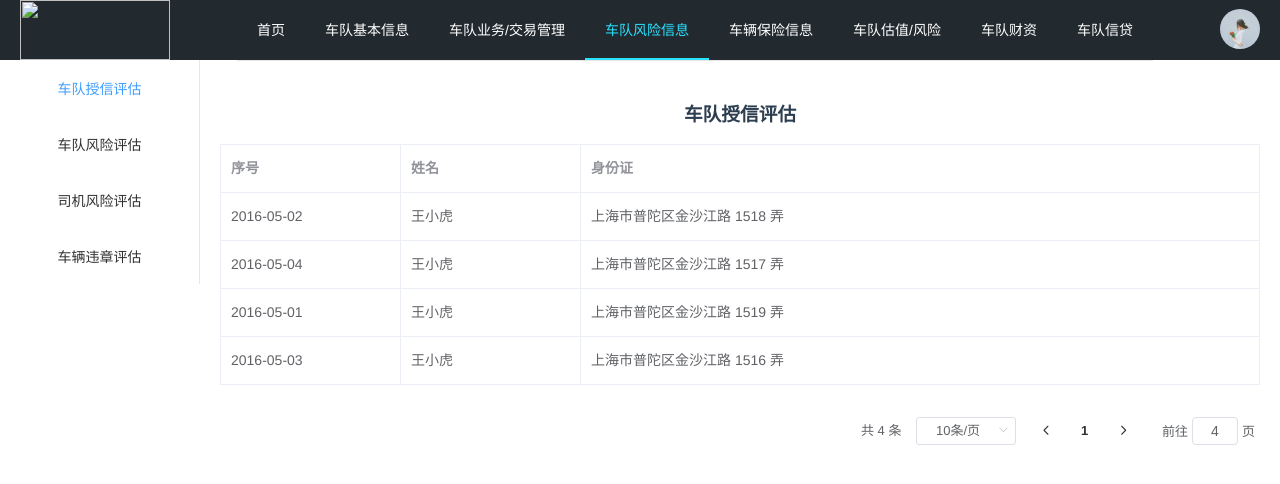
Repository: TheWomanLiketheWind/woodpecker
Page: /
An editor plug-in stored every save of this project. The page is shown before and after the next save, followed by the edit.
The browser window is 1280 px wide. The pictures show the whole page.
The project was rebuilt for these pictures with package versions that can differ from the ones it lists, and the page was loaded fresh each time. Also part of the build but not shown: src/views/menuThird.vue.

Above is the page before, as saved 2019-07-25 20:49:30.

### public/index.html
<!DOCTYPE html>
<html lang="en">
  <head>
    <meta charset="utf-8">
    <meta http-equiv="X-UA-Compatible" content="IE=edge">
    <meta name="viewport" content="width=device-width,initial-scale=1.0">
    <link rel="icon" href="<%= BASE_URL %>favicon.ico">
    <title>woodpecker</title>
  </head>
  <body>
    <noscript>
      <strong>We're sorry but woodpecker doesn't work properly without JavaScript enabled. Please enable it to continue.</strong>
    </noscript>
    <div id="app"></div>
    <!-- built files will be auto injected -->
  </body>
</html>

### src/App.vue
<template>
  <div id="app">
    <router-view />
  </div>
</template>

<style lang="scss">
#app {
  font-family: "Avenir", Helvetica, Arial, sans-serif;
  -webkit-font-smoothing: antialiased;
  -moz-osx-font-smoothing: grayscale;
  text-align: center;
  color: #2c3e50;
  .el-header {
    display: flex;
    justify-content: space-between;
    align-items: center;
  }
}
#nav {
  padding: 30px;
  a {
    font-weight: bold;
    color: #2c3e50;
    &.router-link-exact-active {
      color: #42b983;
    }
  }
}
body {
  margin: 0;
}
</style>

### src/router.ts
import Vue from 'vue'
import Router from 'vue-router'
import Home from './views/Home.vue'
Vue.use(Router)

export default new Router({
  mode: 'history',
  base: process.env.BASE_URL,
  routes: [
    {
      path: '/',
      name: 'home',
      component: Home,
      children: [
        {
          path: '/',
          name: 'menuSecond',
          children: [
            {
              path: '/',
              name: 'menuThird',
              component: () =>
                import(/* webpackChunkName: "about" */ './views/menuThird.vue')
            }
          ],
          component: () =>
            import(/* webpackChunkName: "about" */ './views/menuSecond.vue')
        }
      ]
    }
  ]
})

### src/views/Home.vue
<template>
  <el-container>
    <el-header class="headerAll">
      <img src=""
           class="headImage">
      <el-menu :default-active="activeIndex"
               class="el-menu-demo"
               mode="horizontal"
               background-color="#222a30"
               text-color="#fff"
               active-text-color="#29e2fe"
               @select="handleSelect">
        <el-menu-item v-for="(item, index) in menuList"
                      :key="index"
                      :index="item.index"
                      v-on:listenToChildEvent="menuClick">{{item.name}}</el-menu-item>
      </el-menu>

      <el-dropdown>
        <img src="../assets/headImage.jpg"
             class="drophead" />
        <el-dropdown-menu slot="dropdown">
          <el-dropdown-item>个人信息</el-dropdown-item>
          <el-dropdown-item>退出</el-dropdown-item>
        </el-dropdown-menu>
      </el-dropdown>
    </el-header>
    <!-- <router-link to="/menuSecond">点击跳转</router-link> -->
    <router-view />
  </el-container>
</template>

<script lang="ts">
import { Component, Vue } from "vue-property-decorator";

@Component({
  components: {}
})
export default class Home extends Vue {
  data() {
    return {
      activeIndex: "4",
      menuList: [
        {
          name: "首页",
          index: "1",
          link: ""
        },
        {
          name: "车队基本信息",
          index: "2",
          link: ""
        },
        {
          name: "车队业务/交易管理",
          index: "3",
          link: ""
        },
        {
          name: "车队风险信息",
          index: "4",
          link: ""
        },
        {
          name: "车辆保险信息",
          index: "5",
          link: ""
        },
        {
          name: "车队估值/风险",
          index: "6",
          link: ""
        },
        {
          name: "车队财资",
          index: "7",
          link: ""
        },
        {
          name: "车队信贷",
          index: "8",
          link: ""
        }
      ]
    };
  }

  private handleSelect(key: any, keyPath: any) {
    console.log(key, keyPath);
  }

  menuClick(data: any) {
    this.$router.push(data);
  }
}
</script>

<style lang="scss">
.headerAll {
  background: #222a30;
  .headImage {
    width: 150px;
    height: 100%;
    border: 0;
  }
  .drophead {
    width: 40px;
    height: 40px;
    border-radius: 50%;
  }
}
</style>

### src/views/menuSecond.vue
<template>
  <el-container>

    <el-aside width="200px">
      <el-menu :default-active="defaultActive"
               class="el-menu-vertical-demo"
               @select="handleSelect">
        <el-menu-item v-for="(item, index) in filesList.navigeList"
                      :key="index"
                      :index="item.index">
          <span slot="title">{{item.name}}</span>
        </el-menu-item>
      </el-menu>
    </el-aside>
    <el-main>
      <h3>{{filesList.navigeList[this.selectIndex].name}}</h3>
      <el-table :data="tableData"
                border
                style="width: 100%">
        <el-table-column prop="date"
                         label="序号"
                         width="180" />
        <el-table-column prop="name"
                         label="姓名"
                         width="180" />
        <el-table-column prop="address"
                         label="身份证" />
      </el-table>
      <el-pagination @size-change="handleSizeChange"
                     @current-change="handleCurrentChange"
                     :current-page="currentPage4"
                     :page-sizes="[10, 20, 50, 100]"
                     :page-size="10"
                     layout="total, sizes, prev, pager, next, jumper"
                     :total="tableData.length">
      </el-pagination>
    </el-main>
  </el-container>

</template>

<script lang="ts">
import Vue from "vue";
import files from "../jsonFile";

export default Vue.extend({
  data() {
    return {
      filesList: files,
      selectIndex: 0,
      defaultActive: "1",
      currentPage4: 4,
      tableData: [
        {
          date: "2016-05-02",
          name: "王小虎",
          address: "上海市普陀区金沙江路 1518 弄"
        },
        {
          date: "2016-05-04",
          name: "王小虎",
          address: "上海市普陀区金沙江路 1517 弄"
        },
        {
          date: "2016-05-01",
          name: "王小虎",
          address: "上海市普陀区金沙江路 1519 弄"
        },
        {
          date: "2016-05-03",
          name: "王小虎",
          address: "上海市普陀区金沙江路 1516 弄"
        }
      ]
    };
  },
  methods: {
    handleSelect(key: String) {
      this.selectIndex = Number(key) - 1;
    },
    handleSizeChange(val: Number) {
      console.log(`每页 ${val} 条`);
    },
    handleCurrentChange(val: Number) {
      console.log(`当前页: ${val}`);
    }
  }
});
</script>


<style lang="scss">
.el-pagination {
  margin-top: 30px;
  float: right;
}
</style>

### src/jsonFile.ts
const fileObject = {
  navigeList: [
    {
      name: '车队授信评估',
      index: '1'
    },
    {
      name: '车队风险评估',
      index: '2'
    },
    {
      name: '司机风险评估',
      index: '3'
    },
    {
      name: '车辆违章评估',
      index: '4'
    }
  ]
}

export default fileObject

Loaded but not shown: src/main.ts (common file); src/store.ts (common file)

After the next save:
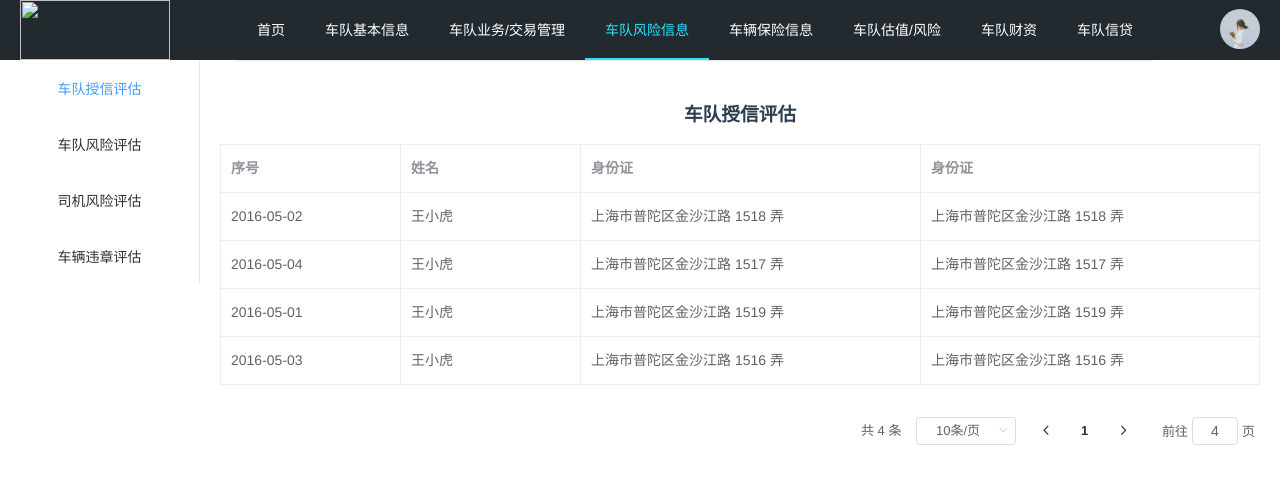
Saved 8 s later.
--- a/src/views/menuSecond.vue
+++ b/src/views/menuSecond.vue
@@ -23,6 +23,8 @@
         <el-table-column prop="name"
                          label="姓名"
                          width="180" />
+        <el-table-column prop="address"
+                         label="身份证" />
         <el-table-column prop="address"
                          label="身份证" />
       </el-table>
